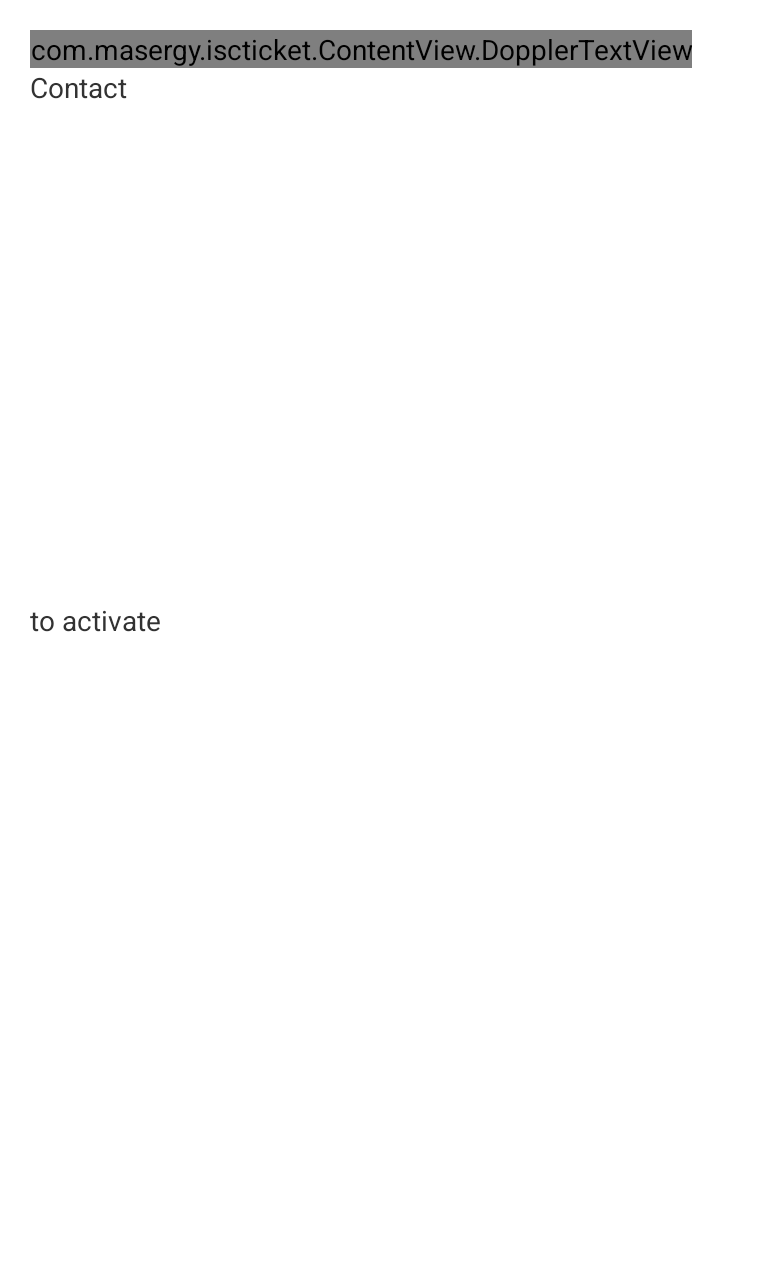
Repository: Pradeep-appstute/First
Layout: Control/res/layout/dopplerim_no_response_view.xml
These files come from the project's save history. The layout is drawn as it stood at one moment and after the next save; the edit follows.
Pictures or frames that could not be fetched are drawn as grey boxes. It is drawn on a 768 x 1280 px phone screen (xhdpi) without system bars, with theme AppTheme; the app's code is not run.

Above is the layout before, as saved 2014-03-06 07:44:26.

After the next save:
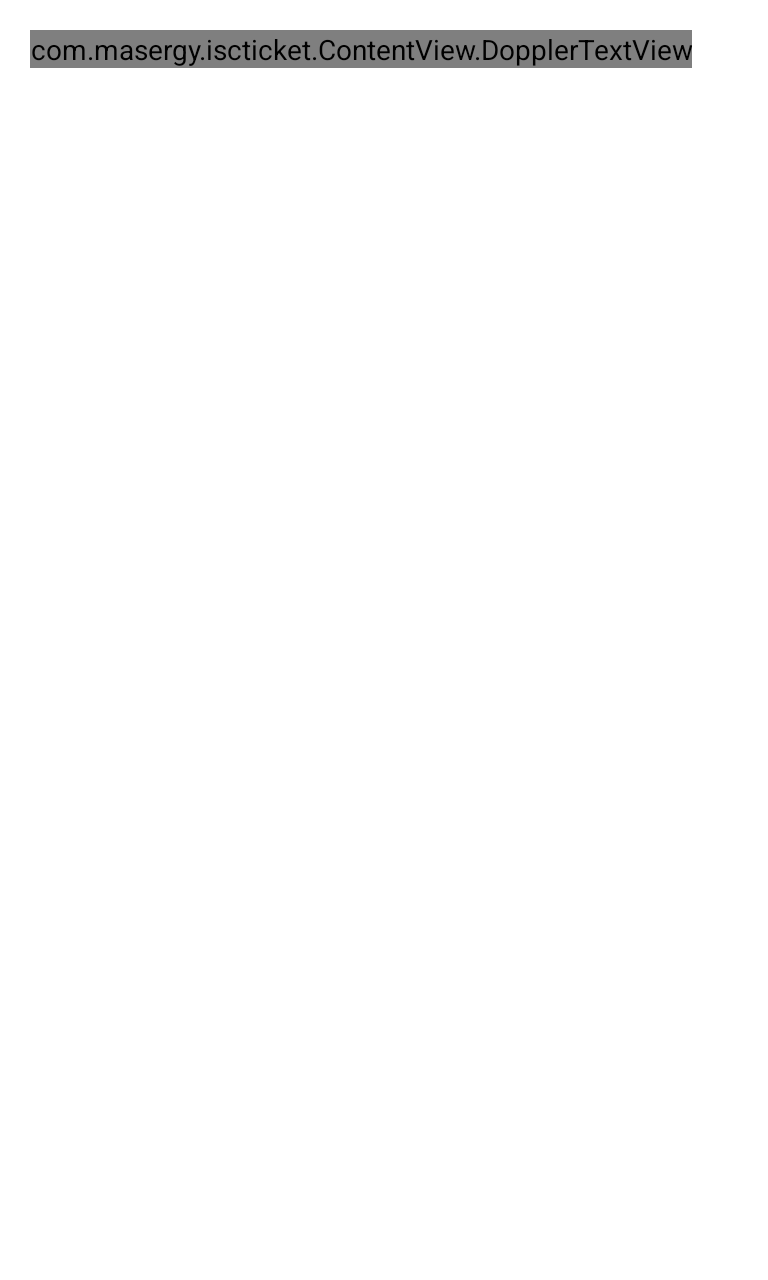
Saved 65 s later.
--- a/Control/res/layout/dopplerim_no_response_view.xml
+++ b/Control/res/layout/dopplerim_no_response_view.xml
@@ -22,9 +22,9 @@
         android:layout_width="fill_parent"
         android:layout_height="wrap_content"
         android:text="@string/dopplerim_noresponsemessage" />
- -->
 
-    <LinearLayout
+
+            <LinearLayout
         android:layout_width="match_parent"
         android:layout_height="wrap_content"
         android:orientation="horizontal"
@@ -49,3 +49,4 @@
         android:layout_height="wrap_content"
         android:text="to activate" />
 </LinearLayout>
+ -->

After the 3 saves that followed:
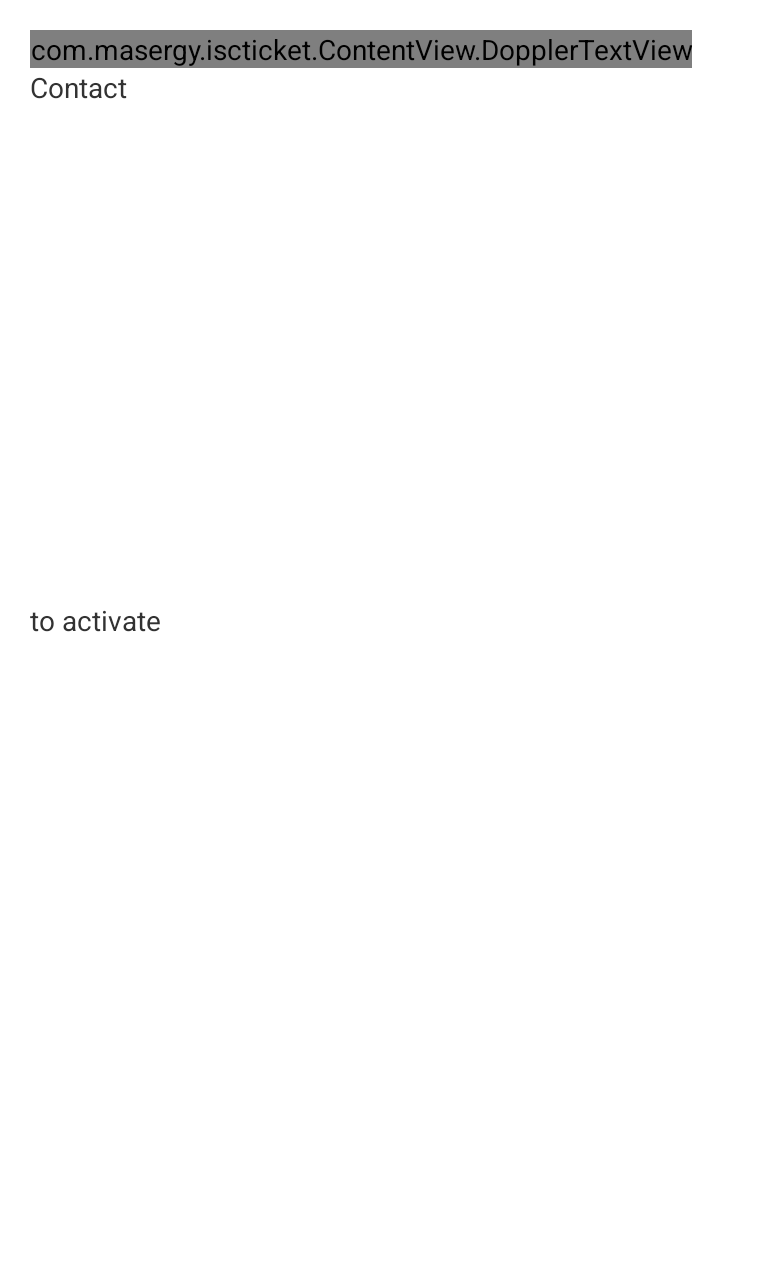
The 3 saves are shown as one change because 2 left the picture as it was.
The last was saved 67 s later.
--- a/Control/res/layout/dopplerim_no_response_view.xml
+++ b/Control/res/layout/dopplerim_no_response_view.xml
@@ -3,21 +3,15 @@
     android:layout_width="match_parent"
     android:layout_height="match_parent"
     android:orientation="vertical"
-    android:padding="15dp"
-     >
+    android:padding="15dp" >
 
     <com.masergy.iscticket.ContentView.DopplerTextView
         android:id="@+id/text_view"
         android:layout_width="wrap_content"
         android:layout_height="wrap_content"
-        android:layout_centerHorizontal="true"
-        android:layout_centerVertical="true"
-        android:text="@string/dopplerim_noresponsemessage"
-         />
+        android:text="@string/dopplerim_noresponsemessage" />
 
     <!--
-
-
     <TextView
         android:layout_width="fill_parent"
         android:layout_height="wrap_content"
@@ -49,4 +43,31 @@
         android:layout_height="wrap_content"
         android:text="to activate" />
 </LinearLayout>
- -->
+    -->
+
+    <LinearLayout
+        android:layout_width="match_parent"
+        android:layout_height="wrap_content"
+        android:orientation="horizontal" >
+
+        <TextView
+            android:layout_width="fill_parent"
+            android:layout_height="wrap_content"
+            android:text="Contact " />
+
+        <TextView
+            android:id="@+id/txtViewEmail"
+            android:layout_width="fill_parent"
+            android:layout_height="wrap_content"
+            android:autoLink="email"
+            android:text="info@masergy.com" />
+    </LinearLayout>
+
+    <TextView
+        android:layout_width="fill_parent"
+        android:layout_height="wrap_content"
+        android:text="to activate" />
+
+</LinearLayout><LinearLayout>
+
+</LinearLayout>
